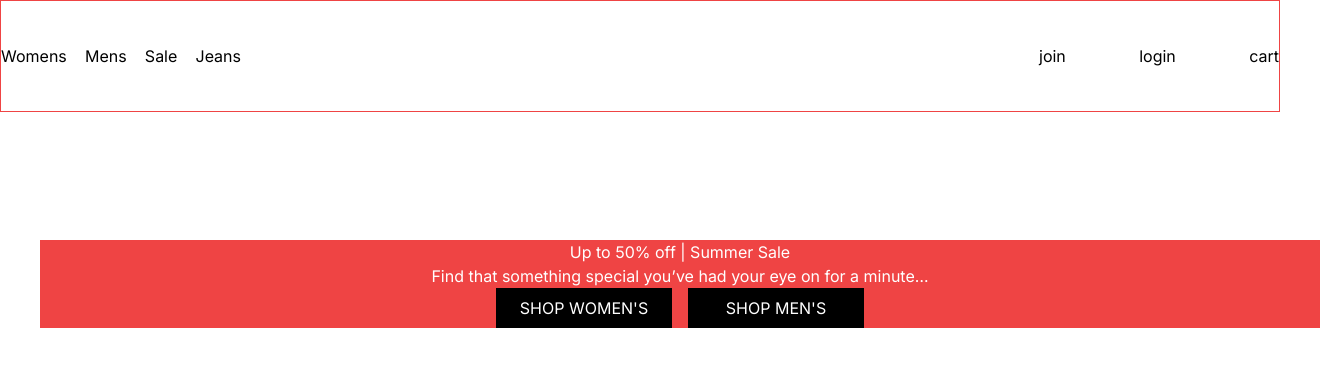
Repository: harrywebb21/stil-clothing
Page: /
These files come from the project's save history. The page is drawn as it stood at one moment and after the next save; the edit follows.
The browser window is 1280 px wide. The page is 1320 px wide, then 1280 px, so the pictures cover 1320 px, including what lies to the right of the window. The pictures show the whole page.
The project was rebuilt for these pictures with package versions that can differ from the ones it lists, and the page was loaded fresh each time. The framework's server and built-in components were replaced by stand-ins that run in the browser. Also part of the build but not shown: next.config.js.

Above is the page before, as saved 2023-06-08 16:08:12.

### src/app/page.js
"use client";
import Image from "next/image";
import Navbar from "./components/Navbar";
import SaleBox from "./components/SaleBox";

export default function Home() {
  return (
    <div>
      <Navbar />
      <div className="flex justify-center items-center p-16"></div>
      <SaleBox />
    </div>
  );
}

### src/app/components/Navbar.js
export default function Navbar() {
  return (
    <div className=" border border-red-500 h-28 flex justify-between items-center sticky t-0 l-0 w-screen">
      <ul className=" flex justify-between w-60">
        <li>
          <a href="/womens">Womens</a>
        </li>
        <li>
          <a href="/mens">Mens</a>
        </li>
        <li>
          <a href="/sale">Sale</a>
        </li>
        <li>
          <a href="/jeans">Jeans</a>
        </li>
      </ul>

      <ul className="flex justify-between w-60">
        <li>
          <a href="/join">join</a>
        </li>
        <li>
          <a href="/login">login</a>
        </li>
        <li>
          <a href="/cart">cart</a>
        </li>
      </ul>
    </div>
  );
}

### src/app/components/SaleBox.js
export default function SaleBox() {
  return (
    <div className="flex flex-col justify-center items-center  bg-red-500 text-white w-screen mx-10">
      <h1> Up to 50% off | Summer Sale</h1>
      <p>Find that something special you’ve had your eye on for a minute…</p>
      <div className="gap-4 flex">
        <button className="bg-black text-white px-4 py-2 text-center  w-44">
          SHOP WOMEN'S
        </button>
        <button className="bg-black text-white px-4 py-2  text-center w-44">
          SHOP MEN'S
        </button>
      </div>
    </div>
  );
}

Loaded but not shown: src/app/layout.js (common file); src/app/globals.css (common file); tailwind.config.js (common file)

After the next save:
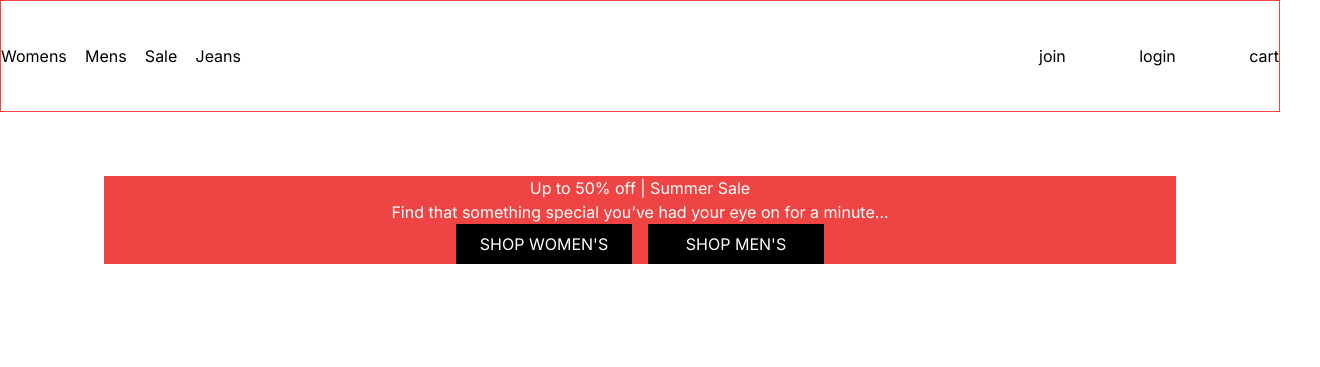
Saved 6 s later.
--- a/src/app/page.js
+++ b/src/app/page.js
@@ -7,8 +7,9 @@ export default function Home() {
   return (
     <div>
       <Navbar />
-      <div className="flex justify-center items-center p-16"></div>
-      <SaleBox />
+      <div className="flex justify-center items-center p-16">
+        <SaleBox />
+      </div>
     </div>
   );
 }
